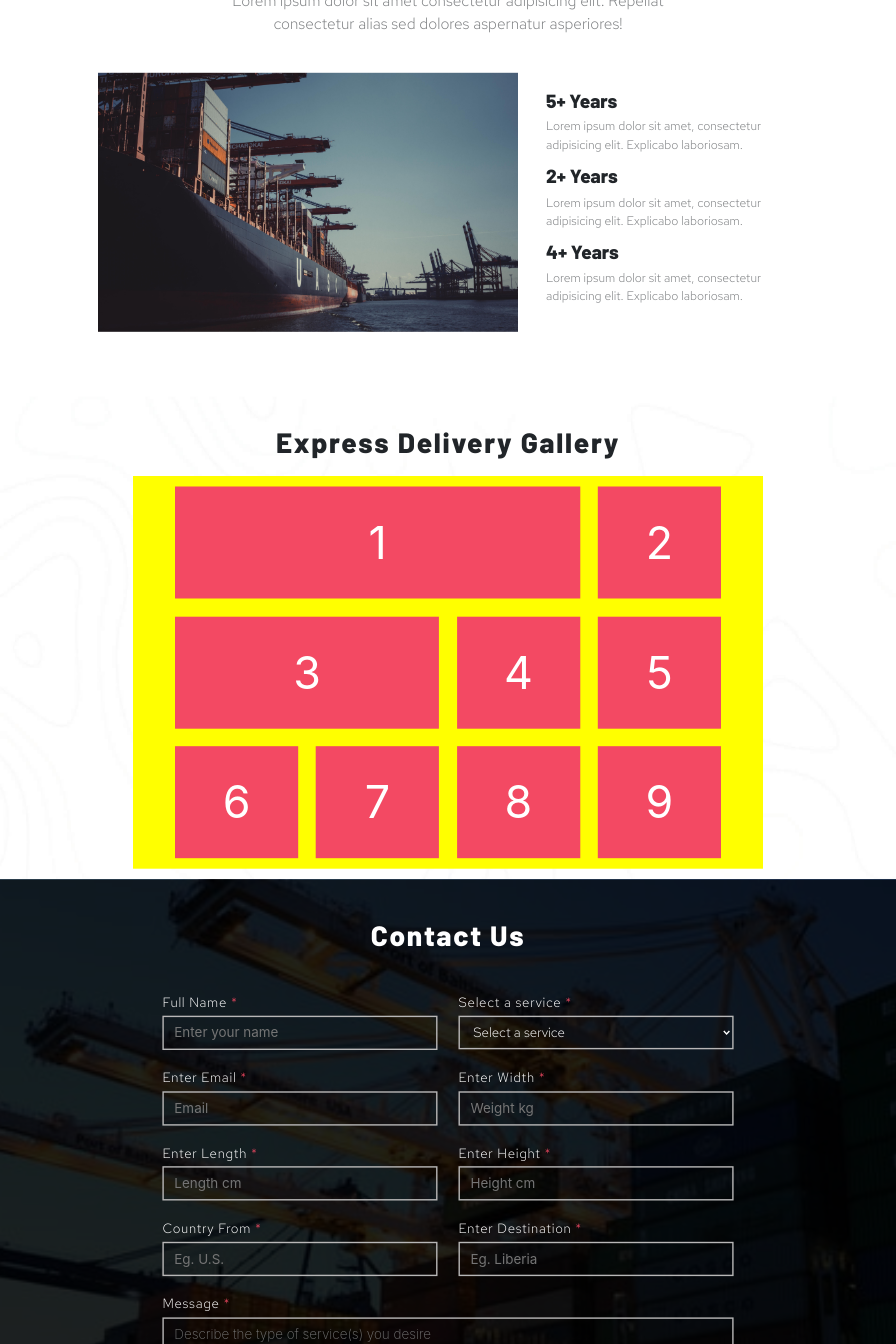
Repository: just-mann/express-delivery
Page: index.html
An editor plug-in stored every save of this project. The page is shown before and after the next save, followed by the edit.
The browser window is 1280 px wide. The pictures show the part of the page from y = 2210 to 4130 px (the page is 5373 px tall), at 70% of full size.
Some web libraries are served in a nearby version. The style sheet was rebuilt from its Sass, Less or Tailwind sources for each picture, by a compiler version that may differ from the author's.

Above is the page before, as saved 2021-07-08 01:58:22.

After the next save:
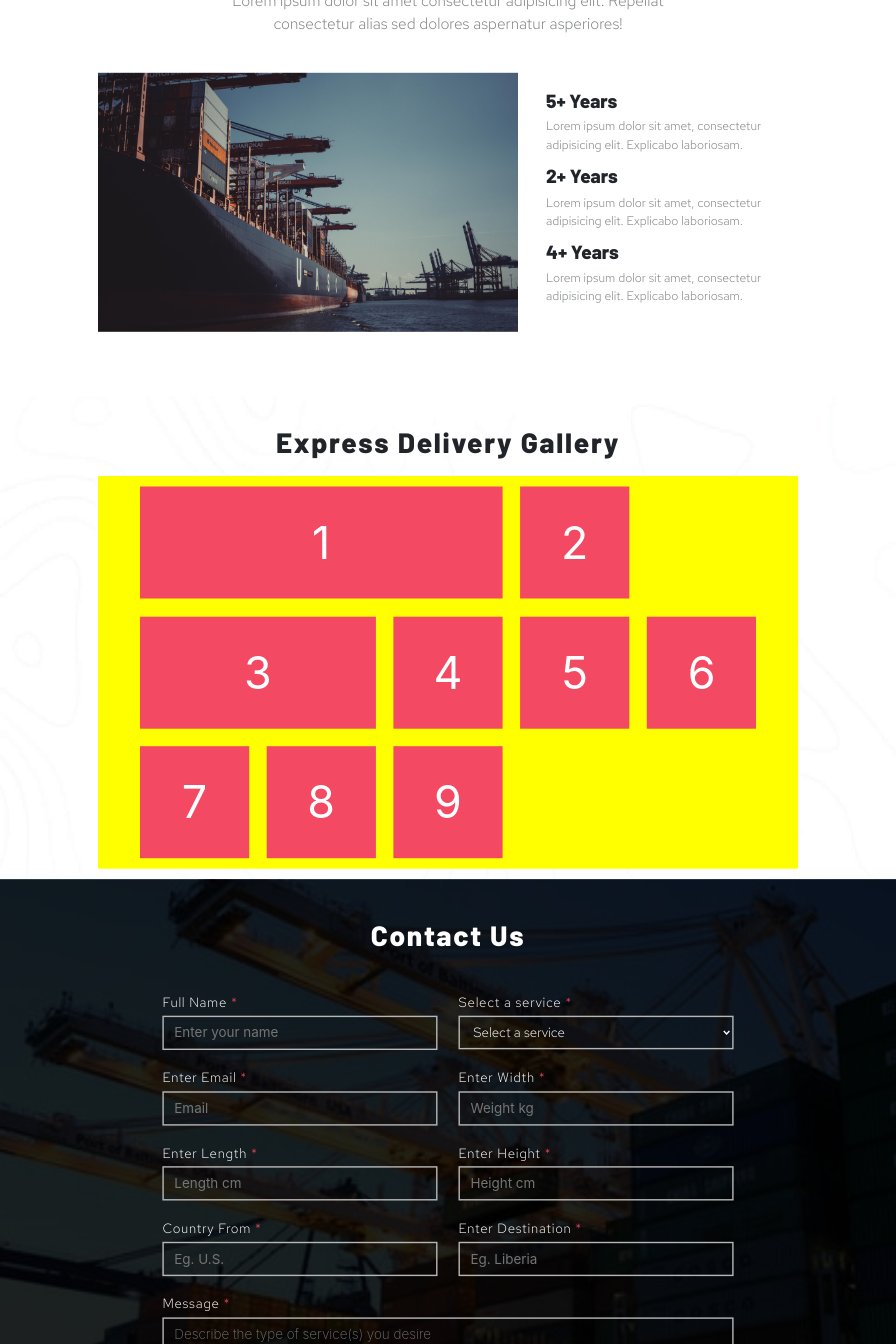
Saved 7 s later.
--- a/Sass/style.scss
+++ b/Sass/style.scss
@@ -482,7 +482,7 @@ header {
 
     .gallery__div {
     @include my_container;
-        max-width: 900px;
+        max-width: 1000px;
         margin: 0 auto;
         background: yellow;
         @include grid(150px, 1fr);
